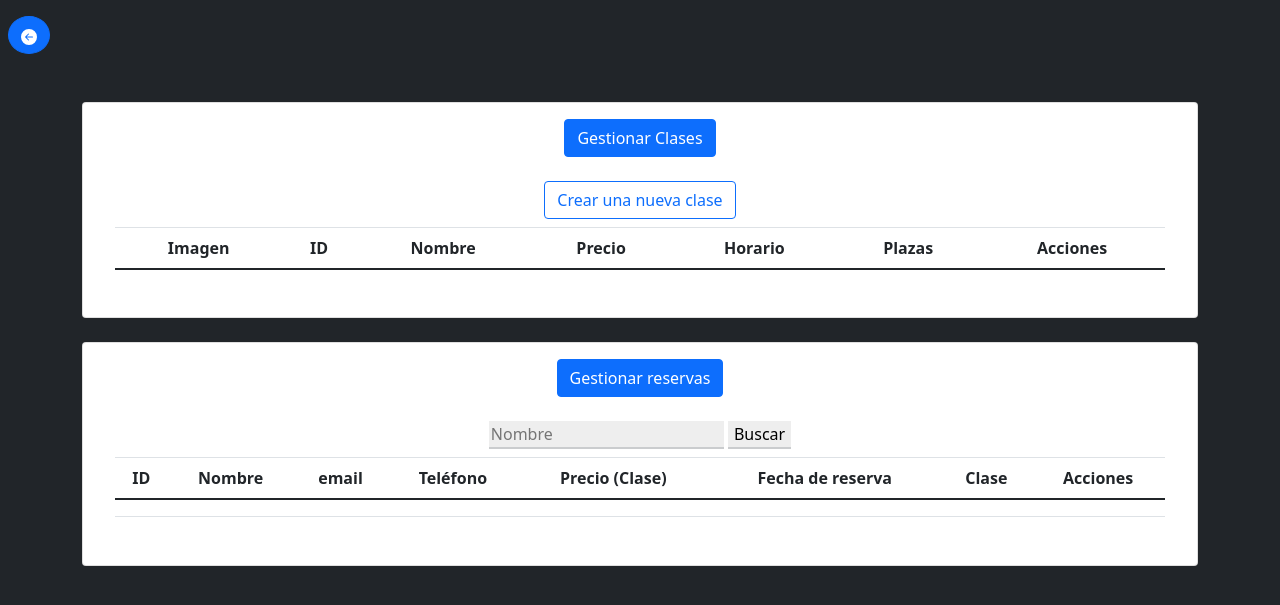
Repository: gcvictor22/ProyectoFinal1DAM
Page: http://localhost/gestionar
These files come from the project's save history. The page is drawn as it stood at one moment and after the next save; the edit follows.
The browser window is 1280 px wide. The pictures show the whole page.
The page is this project's Thymeleaf template; nobody is signed in. The template is opened directly, without the code that normally fills it, so the values that code supplies are empty.

Above is the page before, as saved 2022-06-01 06:29:41.
Console error: TypeError: Cannot read properties of null (reading 'style')

### ProyectoFinalSTS/src/main/resources/templates/gestionar.html
<!DOCTYPE html>
<html lang="es" xmlns:th="http://www.thymeleaf.org" xmlns:sec="http://www.thymeleaf.org/extras/spring-security">

<head>
	<meta charset="UTF-8">
	<meta http-equiv="X-UA-Compatible" content="IE=edge">
	<meta name="viewport" content="width=device-width, initial-scale=1.0">
	<title>Fit&Go · Gestionar</title>
	<link rel="icon" class="rounded" href="../img/FIT&GO.png">
	<!-- CSS only -->
	<link href="https://cdn.jsdelivr.net/npm/bootstrap@5.1.3/dist/css/bootstrap.min.css" rel="stylesheet"
		integrity="sha384-1BmE4kWBq78iYhFldvKuhfTAU6auU8tT94WrHftjDbrCEXSU1oBoqyl2QvZ6jIW3" crossorigin="anonymous">
	<!-- JavaScript Bundle with Popper -->
	<script src="https://cdn.jsdelivr.net/npm/bootstrap@5.1.3/dist/js/bootstrap.bundle.min.js"
		integrity="sha384-ka7Sk0Gln4gmtz2MlQnikT1wXgYsOg+OMhuP+IlRH9sENBO0LRn5q+8nbTov4+1p" crossorigin="anonymous">
		</script>
	<link rel="stylesheet" href="../css/index.css">
</head>

<body class="bg-dark p-2" id=bodyGestionar>
	<a class="btn btn-primary rounded-circle sticky-top mt-2" th:href="@{/inicio}">
		<svg xmlns="http://www.w3.org/2000/svg" width="16" height="16" fill="currentColor"
			class="bi bi-arrow-left-circle-fill mx-0" viewBox="0 0 16 16">
			<path
				d="M8 0a8 8 0 1 0 0 16A8 8 0 0 0 8 0zm3.5 7.5a.5.5 0 0 1 0 1H5.707l2.147 2.146a.5.5 0 0 1-.708.708l-3-3a.5.5 0 0 1 0-.708l3-3a.5.5 0 1 1 .708.708L5.707 7.5H11.5z" />
		</svg>
	</a>
	<div class="container rounded mt-5">
		<div id="accordion">
			<div class="card p-3 overflow-auto">
				<div class="mx-auto">
					<a class="btn btn-primary" data-bs-toggle="collapse" href="#collapseOne">
						Gestionar Clases
					</a>
				</div>
				<div id="collapseOne" class="collapse show" data-bs-parent="#accordion">
					<div class="card-body">
						<table class="table text-center p-4 bg-white" id="tablaClases">
							<thead>
								<tr>
									<td colspan="7"><a href="formularioCrearEditar.html"
											th:href="@{/gestionar/nueva-clase}"
											class="btn btn-outline-primary mx-auto">Crear una nueva clase</a></td>
								</tr>
								<tr>
									<th scope="col">Imagen</th>
									<th scope="col uppercase">ID</th>
									<th scope="col">Nombre</th>
									<th scope="col">Precio</th>
									<th scope="col">Horario</th>
									<th scope="col">Plazas</th>
									<th scope="col">Acciones</th>
								</tr>
							</thead>
							<tbody>
								<tr>

								</tr>
								<tr th:each="claseGym : ${lista}">
									<td class="w-25"><img src="../img/clasespinning.png" th:src="${claseGym.imgClase}"
											class="rounded w-25" alt=""></td>
									<th scope="row" th:text="${claseGym.id}">1</th>
									<td th:text="${claseGym.nombreClase}">Spinning</td>
									<td th:text="${claseGym.precio}">5.99€</td>
									<td th:text="${claseGym.horario}">12:30-13:30</td>
									<td th:text="${claseGym.plazas}">15</td>
									<td>
										<div class="container-fluid mx-auto row">
											<div class="col-lg-2 col-sm-6"></div>
											<a class="btn btn-outline-primary col-lg-3"
												th:href="@{/gestionar/editar/{id}(id=${claseGym.id})}">Editar</a>
											<div class="col-lg-2 col-sm-0"></div>
											<a type="button" class="btn btn-danger col-lg-3" data-bs-toggle="modal"
												data-bs-target="#myModal"
												th:attr="data-bs-target='#myModal'+${claseGym.id}">
												Eliminar
											</a>
											<!-- The Modal -->
											<div class="modal" id="myModal" th:id="'myModal'+${claseGym.id}">
												<div class="modal-dialog">
													<div class="modal-content">

														<!-- Modal Header -->
														<div class="modal-header">
															<h4 class="modal-title">¡Alerta!</h4>
															<button type="button" class="btn-close"
																data-bs-dismiss="modal"></button>
														</div>

														<!-- Modal body -->
														<div class="modal-body">
															¿Estas seguro que quieres borrar la clase?
														</div>

														<!-- Modal footer -->
														<div class="modal-footer">
															<button type="button" class="btn btn-warning"
																data-bs-dismiss="modal">Cancelar</button>
															<a th:href="@{/borrar-clase/{id}(id=${claseGym.id})}"
																class="btn btn-danger">Eliminar</a>
														</div>

													</div>
												</div>
											</div>
											<div class="col-lg-2 col-sm-0"></div>
										</div>
									</td>
								</tr>
							</tbody>
						</table>
					</div>
				</div>
			</div>
			<br>
			<div class="card p-3 overflow-auto">
				<div class="mx-auto">
					<a class="collapsed btn btn-primary" data-bs-toggle="collapse" href="#collapseTwo">
						Gestionar reservas
					</a>
				</div>
				<div id="collapseTwo" class="collapse show" data-bs-parent="#accordion">
					<div class="card-body">
						<table class="table text-center p-4 bg-white" id="tablaReservas">
							<thead>
								<tr>
									<td colspan="8">
										<form method="GET" th:action="@{/buscar}">
											<input type="search" placeholder="Nombre" name="nombre" id="nombre"
												th:value="${param.nombre}" />
											<input type="submit" value="Buscar" />
										</form>
									</td>
								</tr>
								<tr>
									<th scope="col uppercase">ID</th>
									<th scope="col">Nombre</th>
									<th scope="col">email</th>
									<th scope="col">Teléfono</th>
									<th scope="col">Precio (Clase)</th>
									<th scope="col">Fecha de reserva</th>
									<th scope="col">Clase</th>
									<th scope="col">Acciones</th>
								</tr>
							</thead>
							<tbody>
								<tr th:each="reserva : ${reservas}">
									<th scope="row" th:text="${reserva.id}">1</th>
									<td th:text="${reserva.nombreUsuario}">Víctor González Carro</td>
									<td th:text="${reserva.email}">victorgonzaleztr22@gmail.com</td>
									<td th:text="${reserva.tel}">684318827</td>
									<td th:text="${#numbers.formatCurrency(reserva.clase.precio)}">5.99€</td>
									<td th:text="${#temporals.format(reserva.fechaReserva)}">17-5-2022</td>
									<td th:text="${reserva.clase.nombreClase}">Spinning</td>
									<td>
										<div class="container-fluid mx-auto row">
											<div class="col-lg-2 col-sm-0"></div>
											<a class="btn btn-danger col-lg" data-bs-toggle="modal"
												data-bs-target="#myModal"
												th:attr="data-bs-target='#myModal2'+${reserva.id}">Eliminar
											</a>
											<!-- The Modal -->
											<div class="modal" id="myModal2" th:id="'myModal2'+${reserva.id}">
												<div class="modal-dialog">
													<div class="modal-content">

														<!-- Modal Header -->
														<div class="modal-header">
															<h4 class="modal-title">¡Alerta!</h4>
															<button type="button" class="btn-close"
																data-bs-dismiss="modal"></button>
														</div>

														<!-- Modal body -->
														<div class="modal-body">
															¿Estas seguro que quieres borrar la reserva?
														</div>

														<!-- Modal footer -->
														<div class="modal-footer">
															<button type="button" class="btn btn-warning"
																data-bs-dismiss="modal">Cancelar</button>
															<a th:href="@{/borrar-reserva/{id}(id=${reserva.id})}"
																class="btn btn-danger">Eliminar</a>
														</div>

													</div>
												</div>
											</div>
											<div class="col-lg-2 col-sm-0"></div>
										</div>
									</td>
								</tr>
								<tr class="text-center">
									<td colspan="8" th:text="${precios}"></td>
								</tr>
							</tbody>
						</table>
					</div>
				</div>
			</div>
		</div>
	</div>
	<script src="../js/index.js"></script>
</body>

</html>

### ProyectoFinalSTS/src/main/resources/static/css/index.css
body {
  background-attachment: fixed;
  background-size: cover;
}

#barra {
  width: 0;
  height: 5px;
}

#barragris {
  height: 5px;
}

#icono1 {
  width: 30px;
  height: 30px;
  border-radius: 50%;
  background-color: gray;
  margin-left: 0;
  text-align: center;
}

#icono2 {
  width: 30px;
  height: 30px;
  border-radius: 50%;
  background-color: gray;
  transition: all 0.5s;
  text-align: center;
}

#icono3 {
  width: 30px;
  height: 30px;
  border-radius: 50%;
  background-color: gray;
  transition: all 0.5s;
  text-align: center;
}

.iconos {
  width: 50%;
  margin-top: -17.5px;
}

#seccion1,
#seccion2,
#seccion3 {
  width: 90%;
  height: 350px;
}

#seccion2,
#seccion3 {
  visibility: hidden;
  margin-top: -350px;
}

#atras {
  visibility: hidden;
}

#enviar {
  visibility: hidden;
}

p {
  text-align: justify;
}

input {
  border: 0;
  border-bottom: 2px solid #caccce;
  background-color: #eee;
}

input:focus {
  border-bottom: 2px solid #0d6efd;
  transition: all 0.2s ease-in-out;
  outline: 0;
}

#atras,
#siguiente,
#enviar {
  transition: all 0s;
}

p {
  background: #caccce;
}

#cajaInicio {
  margin-top: 275px;
}

#bodyReservaClase{
	background-image:url(../img/fondocontacto.jpg);
}

@media screen and (min-width: 1000px) {
  #bodyRegistro {
    margin-top: 10px;
    padding: 40px;
  }

  #cajaBotonesIniReg {
    width: 45%;
  }

  #cajaInicio {
    width: 30%;
  }

  #cajaFormulario {
    margin: auto;
    width: 50%;
  }

  #formularioRegistro {
    width: 75%;
  }

  #formularioCrear, #formularioReservar{
    width: 50%;
    padding: 20px;
  }
}

@media screen and (max-width: 575px) {
  #bodyRegistro {
    padding: 0;
  }

  #cajaBotonesIniReg {
    margin-top: 25px;
  }

  .brQuitarSM {
    display: none;
  }

  #cajaInicio {
    width: 80%;
  }

  #logoIndex {
    width: 75%;
  }

  #indexfooter {
    width: 100%;
  }

  #cajaFormulario {
    width: 80%;
    margin: 0 auto;
  }

  #formularioRegistro {
    width: 100%;
  }

  #seccion1,
  #seccion2,
  #seccion3 {
    width: 90%;
    height: min-content;
  }

  #seccion1 {
    width: 100%;
  }

  #tablaClases, #tablaReservas{
	overflow-x: scroll;
	width:400px;
  }
}

.clases {
  background-color: white;
  height: 200px;
}

.barraLectura {
  top: 0;
  width: 100%;
  z-index: 1;
}

.progress-container {
  background-color: rgba(150, 150, 150, 0.6);
  height: 5px;
  width: 100%;
}

.progress-bar {
  background-color: #0d6efd;
  height: 5px;
  width: 0%;
}

tbody tr:hover{
  border: #0d6efd;
  transition: all 0.5s;
}

tbody td, tbody th{
  vertical-align: middle;
}

#bodyInicioSesion{
	background-image: url(../img/fondoinicio.jpg);
}

#formularioReserva{
	background-image: url(../img/bodyFormularioReserva.jpg);
    background-size: cover;
    background-repeat: no-repeat;
    background-attachment: fixed;
}

.arrows {
  width: 60px;
  height: 72px;
  left: 50%;
  bottom: 20px;
}

.arrows path {
  stroke: white;
  fill: transparent;
  stroke-width: 1px;
  animation: arrow 2s infinite;
  -webkit-animation: arrow 2s infinite;
}

@keyframes arrow {
  0% {
    opacity: 0;
  }
  40% {
    opacity: 1;
  }
  80% {
    opacity: 0;
  }
  100% {
    opacity: 0;
  }
}

@-webkit-keyframes arrow /*Safari and Chrome*/ {
  0% {
    opacity: 0;
  }
  40% {
    opacity: 1;
  }
  80% {
    opacity: 0;
  }
  100% {
    opacity: 0;
  }
}

.arrows path.a1 {
  animation-delay: -1s;
  -webkit-animation-delay: -1s; /* Safari 和 Chrome */
}

.arrows path.a2 {
  animation-delay: -0.5s;
  -webkit-animation-delay: -0.5s; /* Safari 和 Chrome */
}

.arrows path.a3 {
  animation-delay: 0s;
  -webkit-animation-delay: 0s; /* Safari 和 Chrome */
}

### ProyectoFinalSTS/src/main/resources/static/js/index.js


let width = 0;
let cont = 0;
let comprobacion = /^([\da-z_\.-]+)@([\da-z\.-]+)\.([a-z\.]{2,6})$/;

urlParams = new URLSearchParams(window.location.search);

if (urlParams.get('menu') == 'clases') {
    let desplegable1 = document.getElementById("collapseOne");
    desplegable1.className = 'collapse show'
}else if (urlParams.get('menu') == 'reservas'){
    let desplegable2 = document.getElementById("collapseTwo");
    desplegable2.className = 'collapse show'
}

function ampliar() {

    let barra = document.getElementById("barra");
    barra.style.width = width + '%';

    let div1 = document.getElementById("seccion1");
    let div2 = document.getElementById("seccion2");
    let div3 = document.getElementById("seccion3");

    let nom = document.getElementById("nombre").value;
    let ap1 = document.getElementById("apellido1").value;
    let ap2 = document.getElementById("apellido2").value;
    let pass = document.getElementById("contrasenha1").value;
    let pass2 = document.getElementById("contrasenha2").value;
    let tarj = document.getElementById("numTarjeta").value.charAt(12) + document.getElementById("numTarjeta").value.charAt(13)
        + document.getElementById("numTarjeta").value.charAt(14) + document.getElementById("numTarjeta").value.charAt(15);
    let correo = document.getElementById("correo").value;
    let telefono = document.getElementById("telefono").value;
    let fechaCad = document.getElementById("fechaCaducidad").value;
    let cvv = document.getElementById("cvv").value;


    let compNom = nom + " " + ap1 + " " + ap2;
    let compTarjeta = tarj;
    let compCorreo = correo;
    let compTelefono = telefono;

    document.getElementById("nombreObtenido").innerHTML = "Nombre: " + compNom;
    document.getElementById("tarjObtenido").innerHTML = "Tarjeta: **** **** **** " + compTarjeta;
    document.getElementById("correoObtenido").innerHTML = "Correo: " + compCorreo;
    document.getElementById("telObtenido").innerHTML = "Teléfono: " + compTelefono;

    if (nom.length == 0 || ap1.length == 0 || ap2.length == 0 || telefono.length == 0 || correo.length == 0 || pass.length == 0 || pass2.length == 0) {
        alert('Faltan datos por rellenar');

    } else if (telefono.length != 9) {
        alert('El teléfono introducido no cumple con el formato esperado');

    } else if (!comprobacion.exec(correo) && correo.length == 0) {
		alert('El correo introducido no es válido')

    } else if (pass !== pass2) {
        alert('Las contraseñas deben coincidir')

    } else if (cont == 0 && nom.length != 0 && ap1.length != 0 && ap2.length != 0 && telefono.length != 0 && correo.length != 0 && pass.length != 0 && pass2.length != 0) {
        cont++;
        width = 50;

        document.getElementById("icono2").className = 'bg-primary';

        div1.style.visibility = 'hidden';
        div2.style.visibility = 'visible';

        document.getElementById("atras").style.visibility = 'visible';

    } else if (tarj.length == 0 || fechaCad.length == 0 || cvv.length == 0) {
        alert('Faltan datos por rellenar o no estan completos');

    } else if (cont == 1 && tarj.length != 0 && fechaCad.length != 0 && cvv.length != 0) {
        cont++;
        width = 100;

        document.getElementById("icono3").className = 'bg-primary';

        div2.style.visibility = 'hidden';
        div3.style.visibility = 'visible';

        document.getElementById("siguiente").style.visibility = 'hidden';
        document.getElementById("enviar").style.visibility = 'visible';
    }
    barra.style.width = width + '%';
}

function reducir() {
    let barra = document.getElementById("barra");
    barra.style.width = width + '%';

    let div1 = document.getElementById("seccion1");
    let div2 = document.getElementById("seccion2");
    let div3 = document.getElementById("seccion3");

    if (cont == 2) {
        cont--;
        width = 50;

        document.getElementById("icono3").className = '';

        div3.style.visibility = 'hidden';
        div2.style.visibility = 'visible';

        document.getElementById("atras").style.visibility = 'visible';

        document.getElementById("siguiente").style.visibility = 'visible';
        document.getElementById("enviar").style.visibility = 'hidden';

    } else if (cont == 1) {
        cont--;
        width = 0;

        document.getElementById("icono2").className = '';

        div2.style.visibility = 'hidden';
        div1.style.visibility = 'visible';

        document.getElementById("atras").style.visibility = 'hidden';
    }
    barra.style.width = width + '%';
}

function progressBarScroll() {
    let winScroll = document.body.scrollTop || document.documentElement.scrollTop,
        height =
            document.documentElement.scrollHeight -
            document.documentElement.clientHeight,
        scrolled = (winScroll / height) * 100;
    document.getElementById("progressBar").style.width = scrolled + "%";
}

window.onscroll = function () {
    progressBarScroll();
};

After the next save:
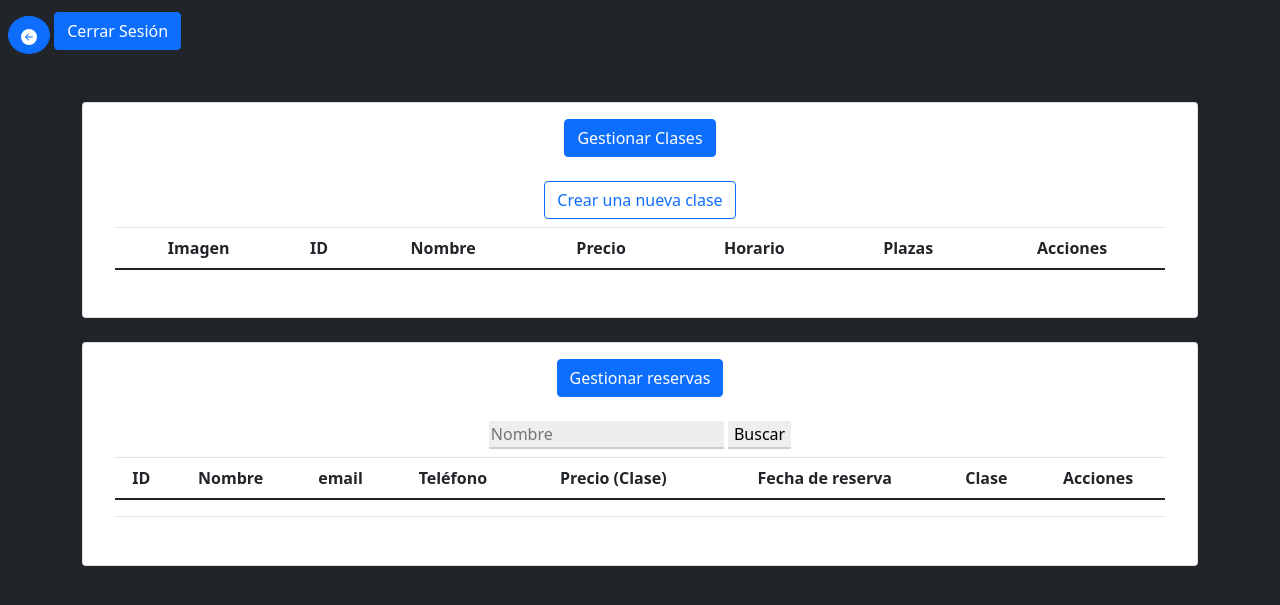
Saved 2 min 34 s later.
--- a/ProyectoFinalSTS/src/main/resources/templates/gestionar.html
+++ b/ProyectoFinalSTS/src/main/resources/templates/gestionar.html
@@ -25,6 +25,7 @@
 				d="M8 0a8 8 0 1 0 0 16A8 8 0 0 0 8 0zm3.5 7.5a.5.5 0 0 1 0 1H5.707l2.147 2.146a.5.5 0 0 1-.708.708l-3-3a.5.5 0 0 1 0-.708l3-3a.5.5 0 1 1 .708.708L5.707 7.5H11.5z" />
 		</svg>
 	</a>
+	<a href="registro.html" th:href="@{/logout}" class="btn btn-primary">Cerrar Sesión</a>
 	<div class="container rounded mt-5">
 		<div id="accordion">
 			<div class="card p-3 overflow-auto">
